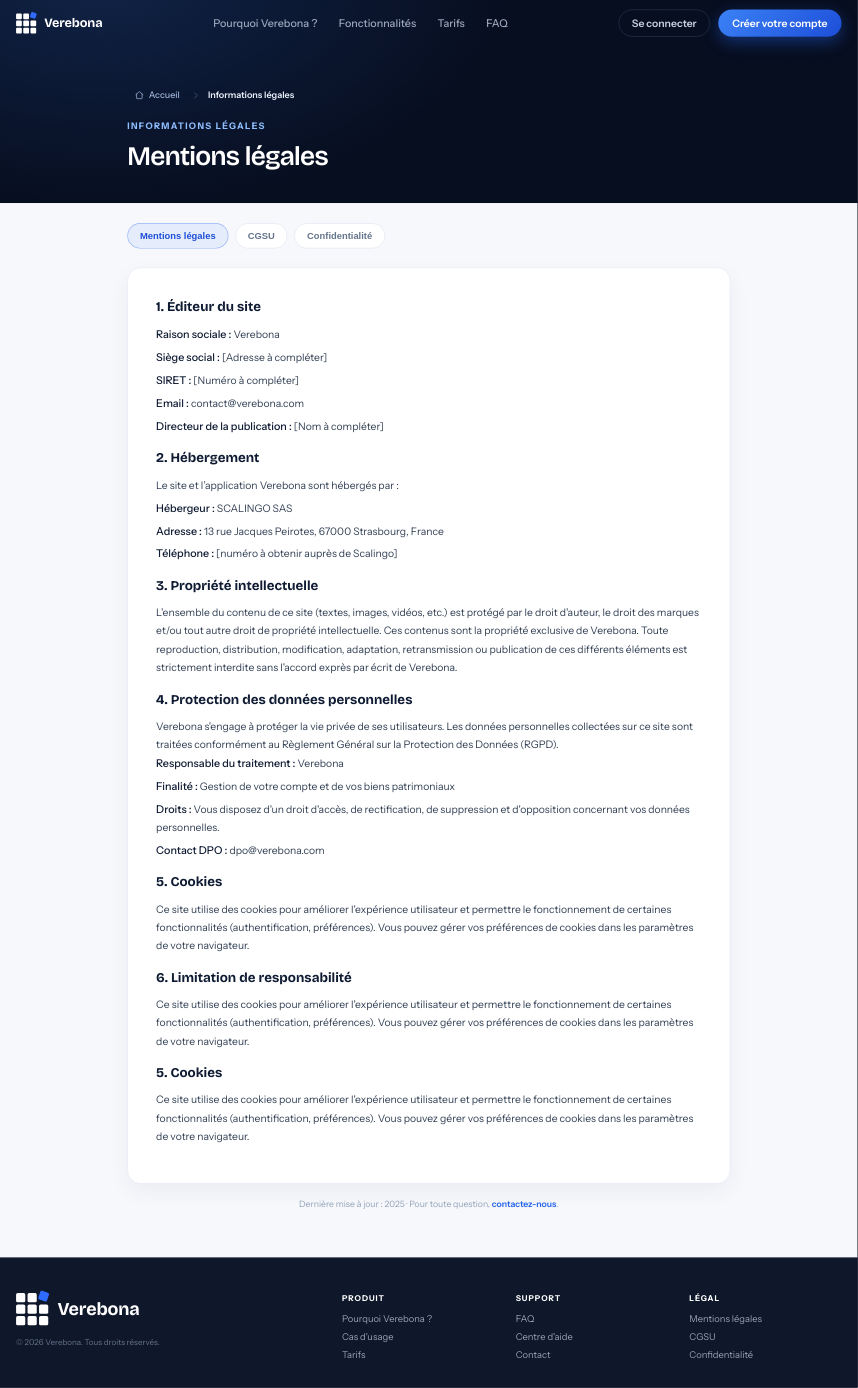
Repository: AdminVerebona/verebona-public
Page: /mentions-legales
The author's editor kept a copy of each file at every save. The page is drawn from the files as they stood at one save, then again after the next save.
The browser window is 1280 px wide. The pictures show the whole page, at 67% of full size.
The project was rebuilt for these pictures with package versions that can differ from the ones it lists, and the page was loaded fresh each time. Also part of the build but not shown: next.config.mjs, vite.config.js, vite.config.ts, src/composables/useLanding.ts, src/sections/HeroSection.vue, src/sections/WhySection.vue, src/sections/UseCasesSection.vue, src/sections/FeaturesSection.vue and 6 more.

Above is the page before, as saved 2026-07-10 15:19:36.

After the next save:
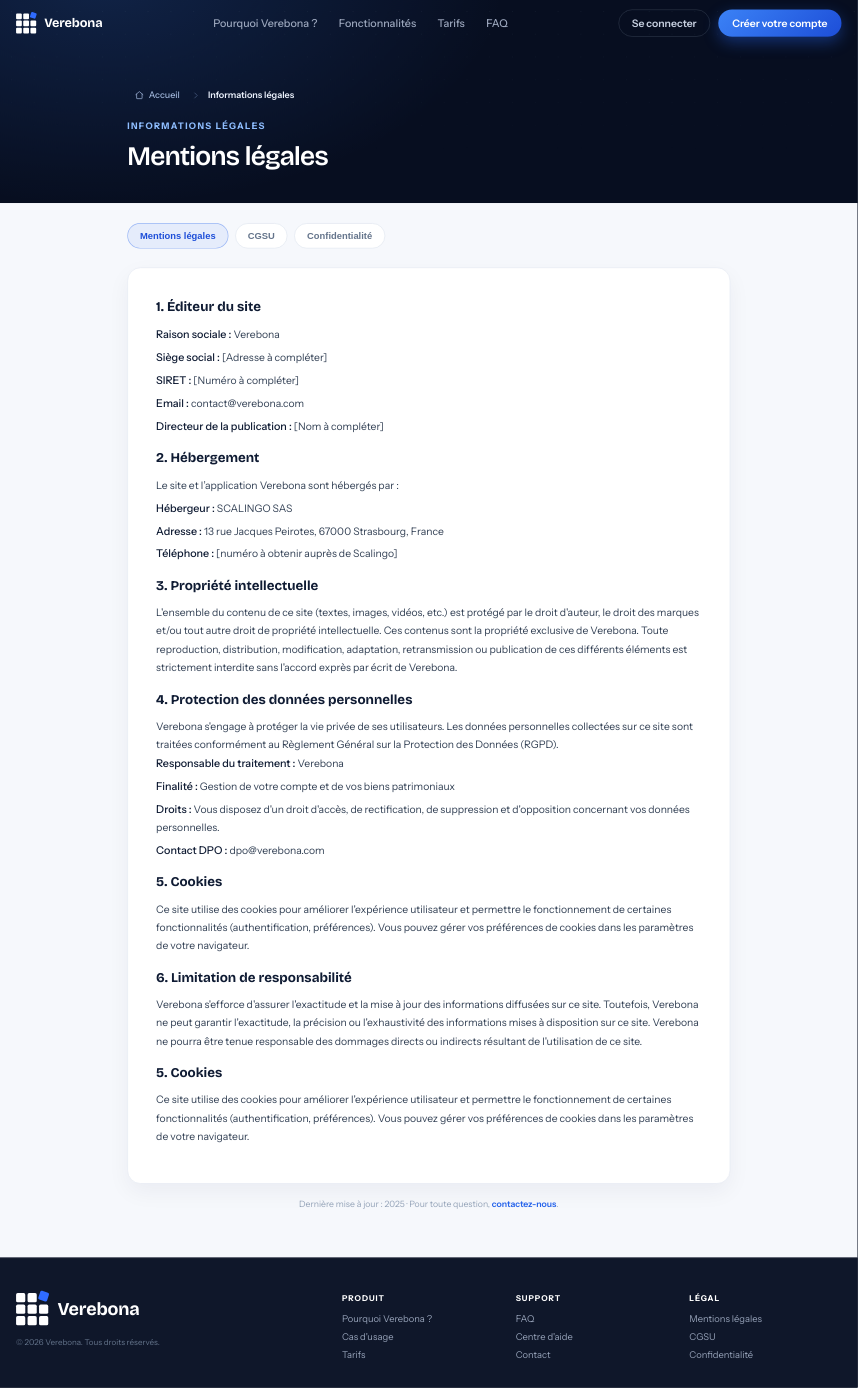
Saved 12 s later.
--- a/src/views/LegalView.vue
+++ b/src/views/LegalView.vue
@@ -39,7 +39,7 @@
           <h2 style="font-size:20px;font-weight:700;color:#0F1B33;font-family:'Bricolage Grotesque',sans-serif;margin:0 0 10px">5. Cookies</h2>
           <p style="margin:0 0 16px">Ce site utilise des cookies pour améliorer l'expérience utilisateur et permettre le fonctionnement de certaines fonctionnalités (authentification, préférences). Vous pouvez gérer vos préférences de cookies dans les paramètres de votre navigateur.</p>
           <h2 style="font-size:20px;font-weight:700;color:#0F1B33;font-family:'Bricolage Grotesque',sans-serif;margin:0 0 10px">6. Limitation de responsabilité</h2>
-          <p style="margin:0 0 16px">Ce site utilise des cookies pour améliorer l'expérience utilisateur et permettre le fonctionnement de certaines fonctionnalités (authentification, préférences). Vous pouvez gérer vos préférences de cookies dans les paramètres de votre navigateur.</p>
+          <p style="margin:0 0 16px">Verebona s'efforce d'assurer l'exactitude et la mise à jour des informations diffusées sur ce site. Toutefois, Verebona ne peut garantir l'exactitude, la précision ou l'exhaustivité des informations mises à disposition sur ce site. Verebona ne pourra être tenue responsable des dommages directs ou indirects résultant de l'utilisation de ce site.</p>
           <h2 style="font-size:20px;font-weight:700;color:#0F1B33;font-family:'Bricolage Grotesque',sans-serif;margin:0 0 10px">5. Cookies</h2>
           <p style="margin:0 0 16px">Ce site utilise des cookies pour améliorer l'expérience utilisateur et permettre le fonctionnement de certaines fonctionnalités (authentification, préférences). Vous pouvez gérer vos préférences de cookies dans les paramètres de votre navigateur.</p>
 
